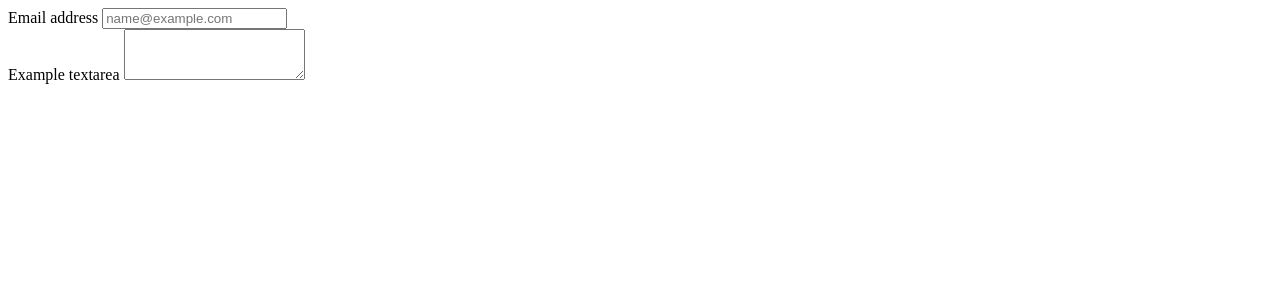
Repository: MeteorLee/Fastcampus_Spring
Page: http://localhost/java-web-01-jsp/board/form.jsp
The author's editor kept a copy of each file at every save. The page is drawn from the files as they stood at one save, then again after the next save.
The browser window is 1280 px wide. The pictures show the whole page.
The page is served by Tomcat 9.

Above is the page before, as saved 2022-12-22 10:11:43.

After the next save:
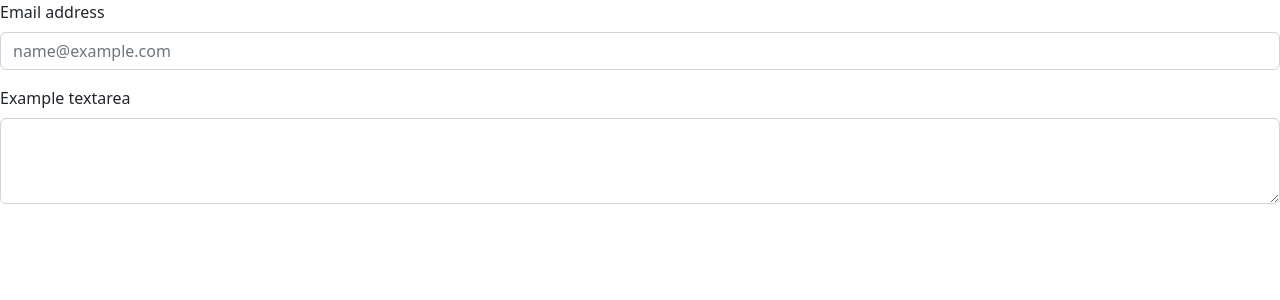
Saved 58 s later.
--- a/java-web-01-jsp/WebContent/board/form.jsp
+++ b/java-web-01-jsp/WebContent/board/form.jsp
@@ -5,6 +5,7 @@
 	<head>
 		<meta charset="UTF-8">
 		<title>Insert title here</title>
+		<link href="https://cdn.jsdelivr.net/npm/bootstrap@5.2.3/dist/css/bootstrap.min.css" rel="stylesheet" integrity="sha384-rbsA2VBKQhggwzxH7pPCaAqO46MgnOM80zW1RWuH61DGLwZJEdK2Kadq2F9CUG65" crossorigin="anonymous">
 	</head>
 
 	<body>
